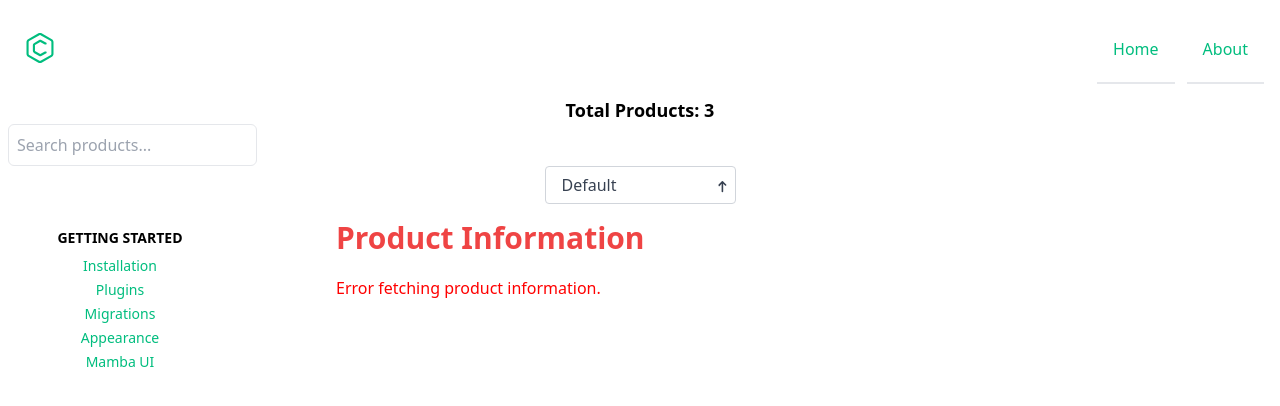
Repository: loktioncode/vectra-shop
Page: /
An editor plug-in stored every save of this project. The page is shown before and after the next save, followed by the edit.
The browser window is 1280 px wide. The pictures show the whole page.
The page's requests for data from a server got no answer. The project was rebuilt for these pictures with package versions that can differ from the ones it lists, and the page was loaded fresh each time. No one was signed in, and anything a server would have sent is missing. Also part of the build but not shown: vite.config.ts, src/components/ProductCard.vue. Imported but missing from the stored project, and not drawn on this page: src/components/Counter.vue.

Above is the page before, as saved 2023-09-20 16:03:21.

After the next save:
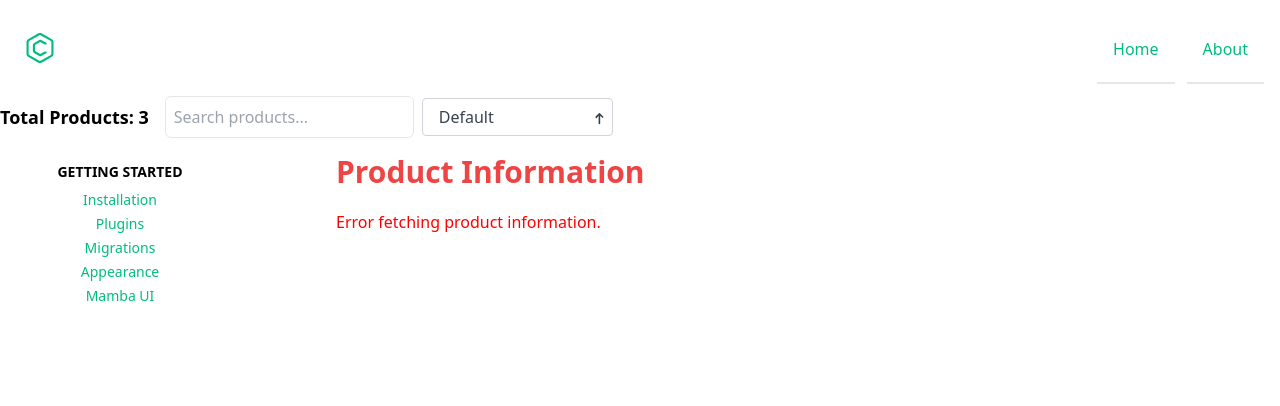
Saved 6 s later.
--- a/src/components/Filters.vue
+++ b/src/components/Filters.vue
@@ -1,5 +1,5 @@
 <template>
-    <div class="">
+    <div class="flex flex-col md:flex-row items-center space-y-2 md:space-y-0 md:space-x-2 w-full">
       <!-- Product Count Display -->
       <div class="text-lg font-semibold mb-2 md:mb-0">
         Total Products: {{ filteredProducts.length }}
